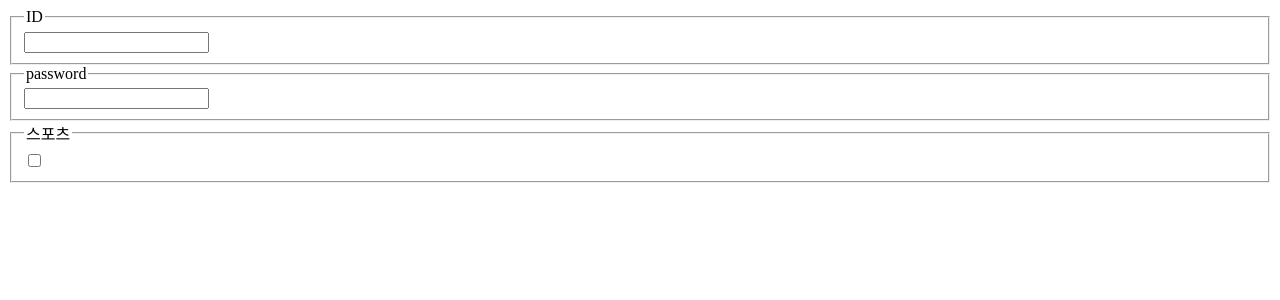
Repository: mireu930/Serverlet_App
Page: src/build/classes/webapp/template/sample_form.html
The author's editor kept a copy of each file at every save. The page is drawn from the files as they stood at one save, then again after the next save.
The browser window is 1280 px wide. The pictures show the whole page.

Above is the page before, as saved 2025-02-07 16:08:36.

### src/build/classes/webapp/template/sample_form.html
<!DOCTYPE html>
<html lang="en">
<head>
  <meta charset="UTF-8">
  <meta name="viewport" content="width=device-width, initial-scale=1.0">
  <title>Document</title>
</head>
<body>
  <form>
    <fieldset>
      <legend>ID</legend>
      <input type = "text">
    </fieldset>
    <fieldset>
      <legend>password</legend>
      <input type = "password">

    </fieldset>
    <fieldset>
      <legend>
        스포츠
      </legend>
      <input type = "checkbox">
    </fieldset>
  </form>
</body>
</html>

After the next save:
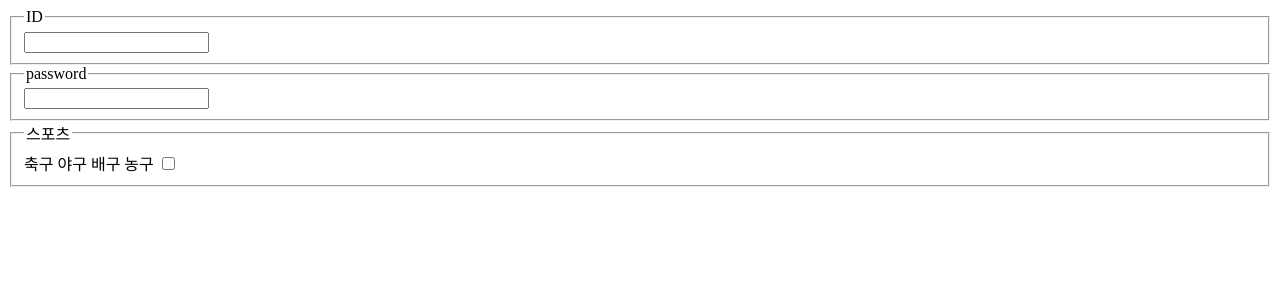
Saved 82 s later.
--- a/src/build/classes/webapp/template/sample_form.html
+++ b/src/build/classes/webapp/template/sample_form.html
@@ -20,7 +20,11 @@
       <legend>
         스포츠
       </legend>
-      <input type = "checkbox">
+      <label>축구</label>
+      <label>야구</label>
+      <label>배구</label>
+      <label>농구</label>
+      <input type = "checkbox" value="축구">
     </fieldset>
   </form>
 </body>
